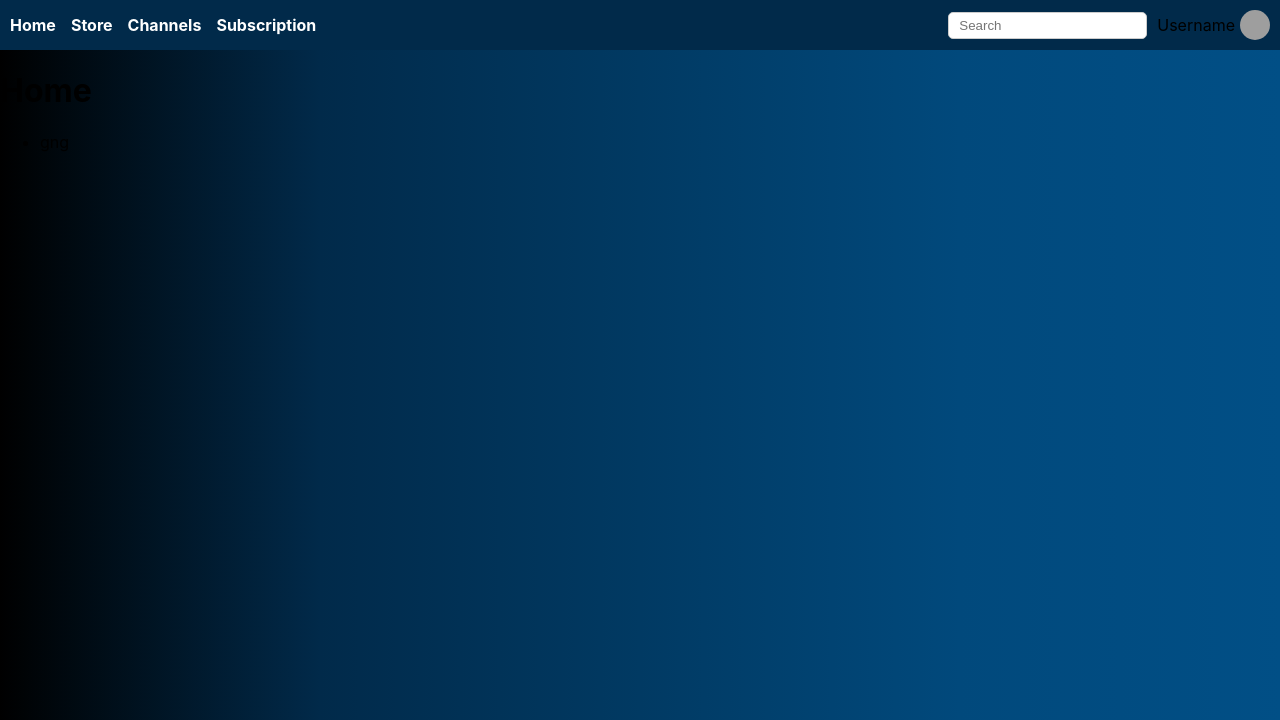
Repository: gordonnrat/group-2-project
Page: / (app in source-code/)
These files come from the project's save history. The page is drawn as it stood at one moment and after the next save; the edit follows.
The browser window is 1280 px wide. The pictures show the whole page.
Pictures or frames that could not be fetched are drawn as grey boxes. The project was rebuilt for these pictures with package versions that can differ from the ones it lists, and the page was loaded fresh each time. Also part of the build but not shown: source-code/src/App.css, source-code/src/App.js, source-code/src/components/pages/Login.js.

Above is the page before, as saved 2023-07-20 16:02:33.

After the next save:
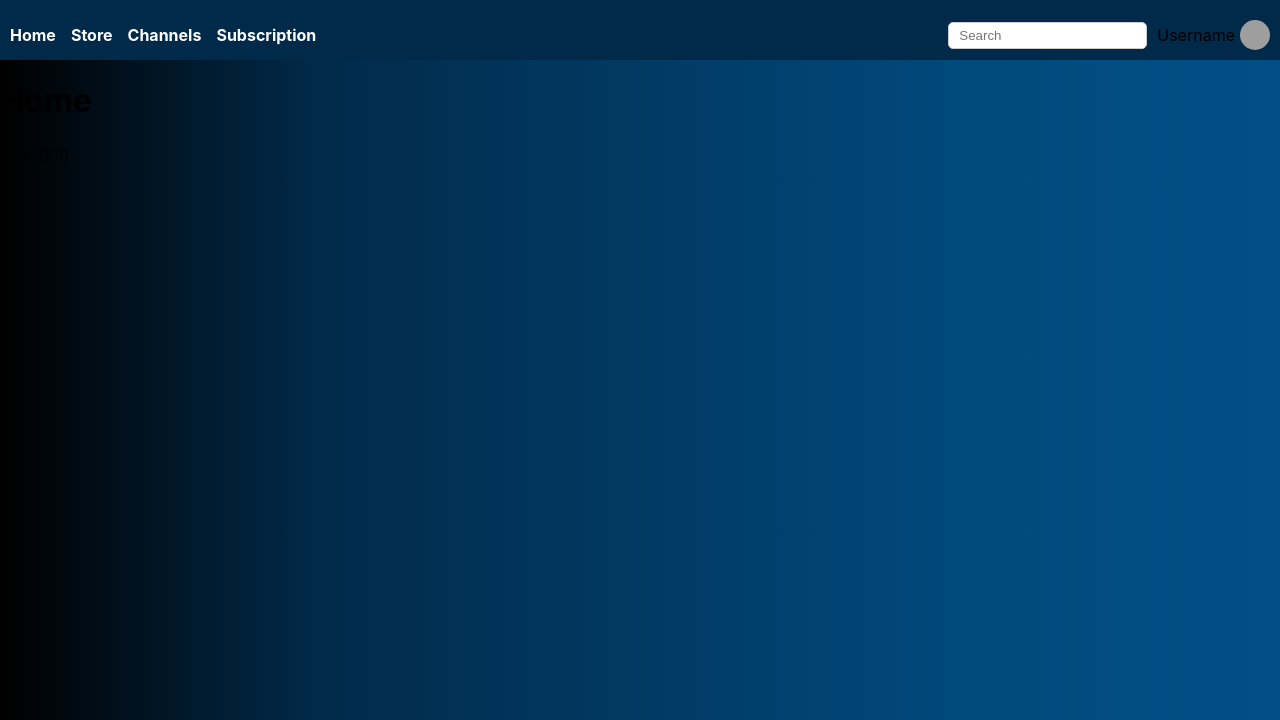
Saved 78 s later.
--- a/source-code/src/components/Navbar.css
+++ b/source-code/src/components/Navbar.css
@@ -61,3 +61,10 @@
     height: 30px;
     border-radius: 50%;
 }
+
+/* Navbar.css */
+.navbar {
+    /* Your existing CSS styles for the navbar */
+    /* Add some top padding to create space between the navbar and the content */
+    padding-top: 20px; /* Adjust the value as per your desired spacing */
+  }

After the save that followed:
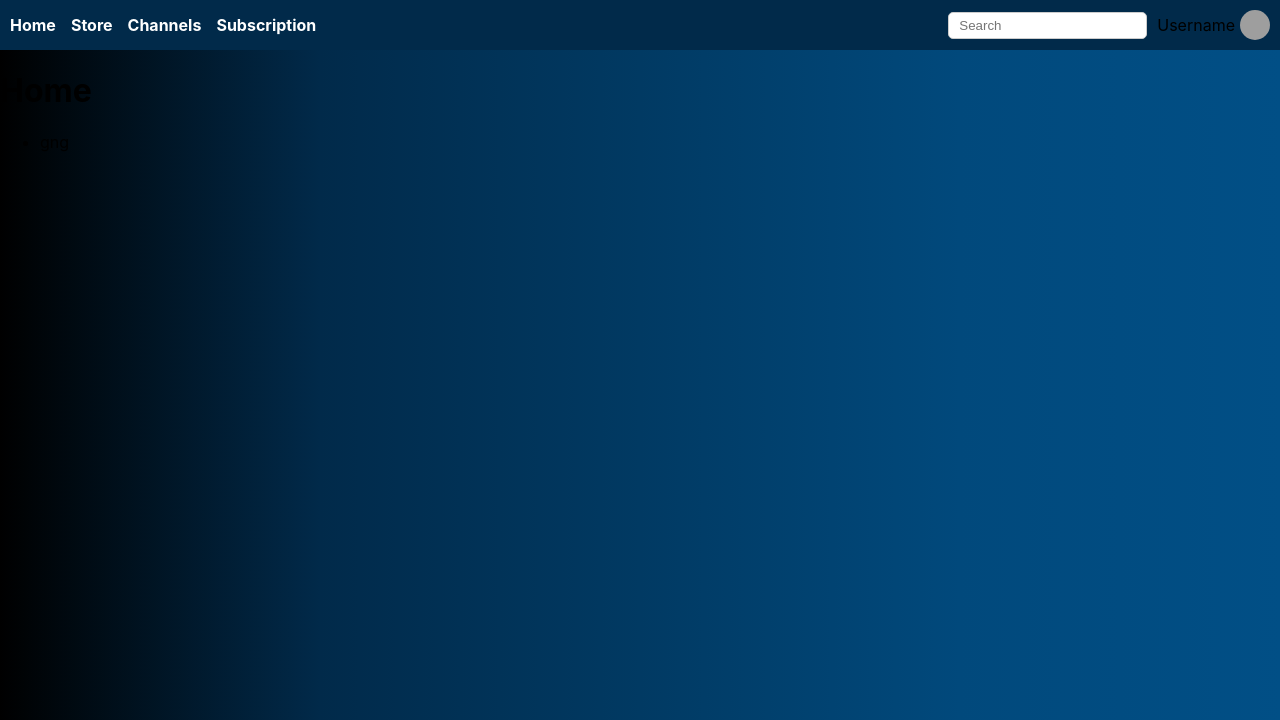
Saved 59 s later.
--- a/source-code/src/components/Navbar.css
+++ b/source-code/src/components/Navbar.css
@@ -61,10 +61,3 @@
     height: 30px;
     border-radius: 50%;
 }
-
-/* Navbar.css */
-.navbar {
-    /* Your existing CSS styles for the navbar */
-    /* Add some top padding to create space between the navbar and the content */
-    padding-top: 20px; /* Adjust the value as per your desired spacing */
-  }
